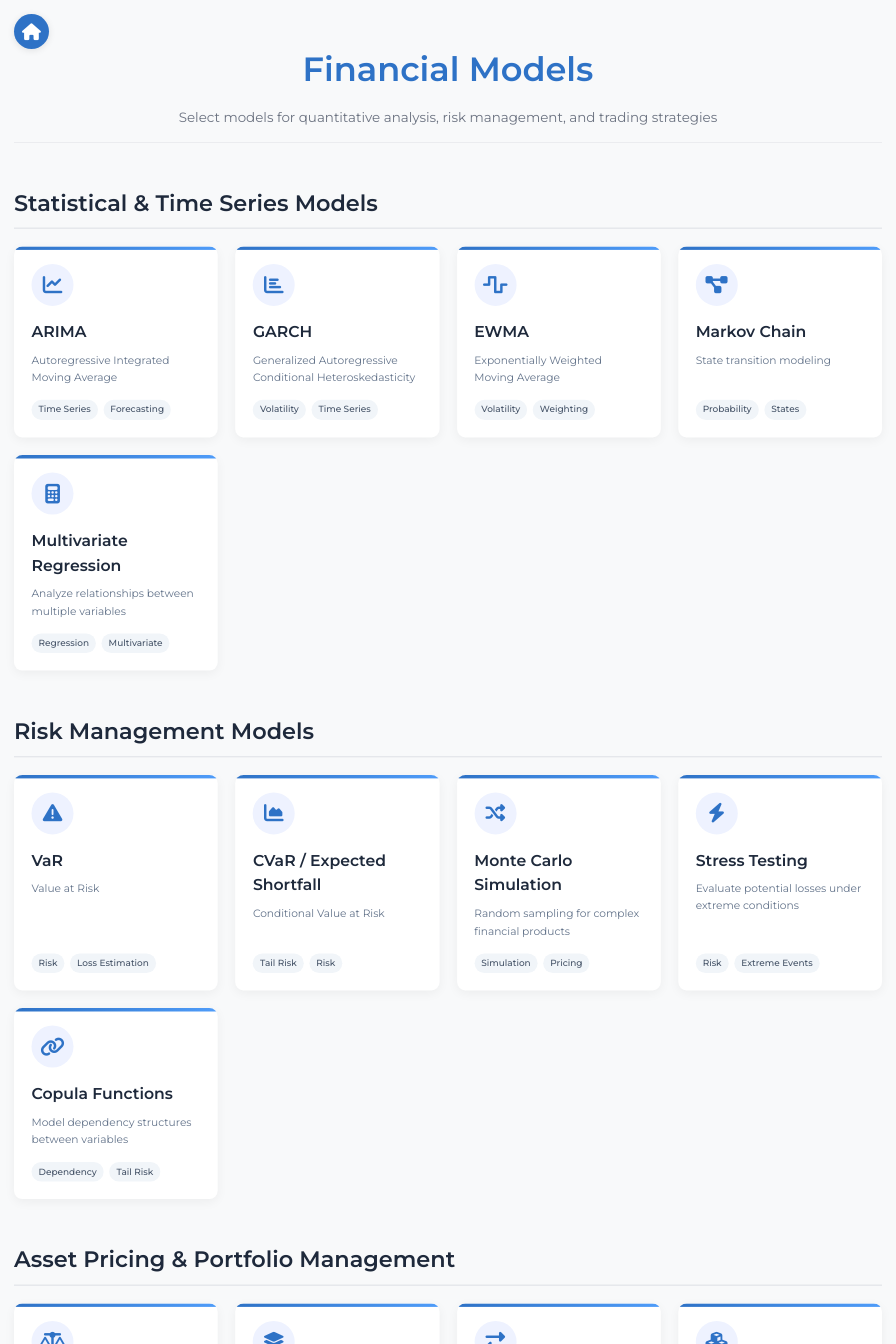
Repository: SeanWu089/seanworkspace
Page: FinancialModels.html
The author's editor kept a copy of each file at every save. The page is drawn from the files as they stood at one save, then again after the next save.
The browser window is 1280 px wide. The pictures show the part of the page from y = 0 to 1920 px (the page is 4029 px tall before and 4033 px after), at 70% of full size.
After loading, the first visible `div.model-card` was clicked once.
Some web fonts or font styles are not loaded; a fallback is used.

Above is the page before, as saved 2025-03-12 12:56:33.

After the next save:
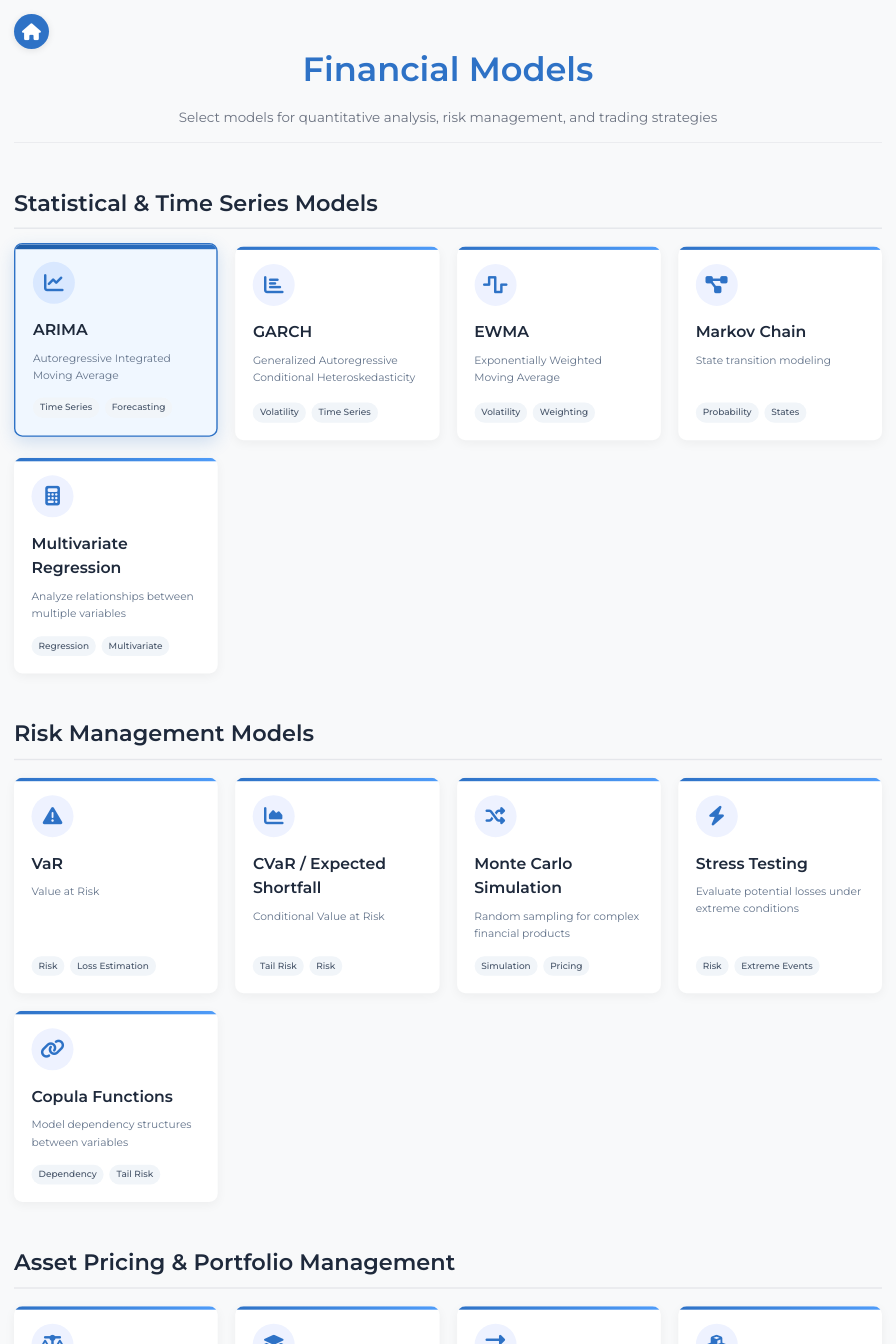
Saved 94 s later.
--- a/css/financial-models.css
+++ b/css/financial-models.css
@@ -110,6 +110,23 @@ body {
   box-shadow: 0 8px 25px rgba(0, 0, 0, 0.1);
 }
 
+/* 选中状态的卡片 */
+.model-card.selected {
+  background-color: #f0f7ff;
+  transform: translateY(-5px);
+  box-shadow: 0 8px 25px rgba(46, 114, 198, 0.2);
+  border: 2px solid #2E72C6;
+}
+
+.model-card.selected::before {
+  height: 7px;
+  background: linear-gradient(90deg, #1e5da8, #2E72C6);
+}
+
+.model-card.selected .model-icon {
+  background-color: #d9e8ff;
+}
+
 .model-card::before {
   content: '';
   position: absolute;
